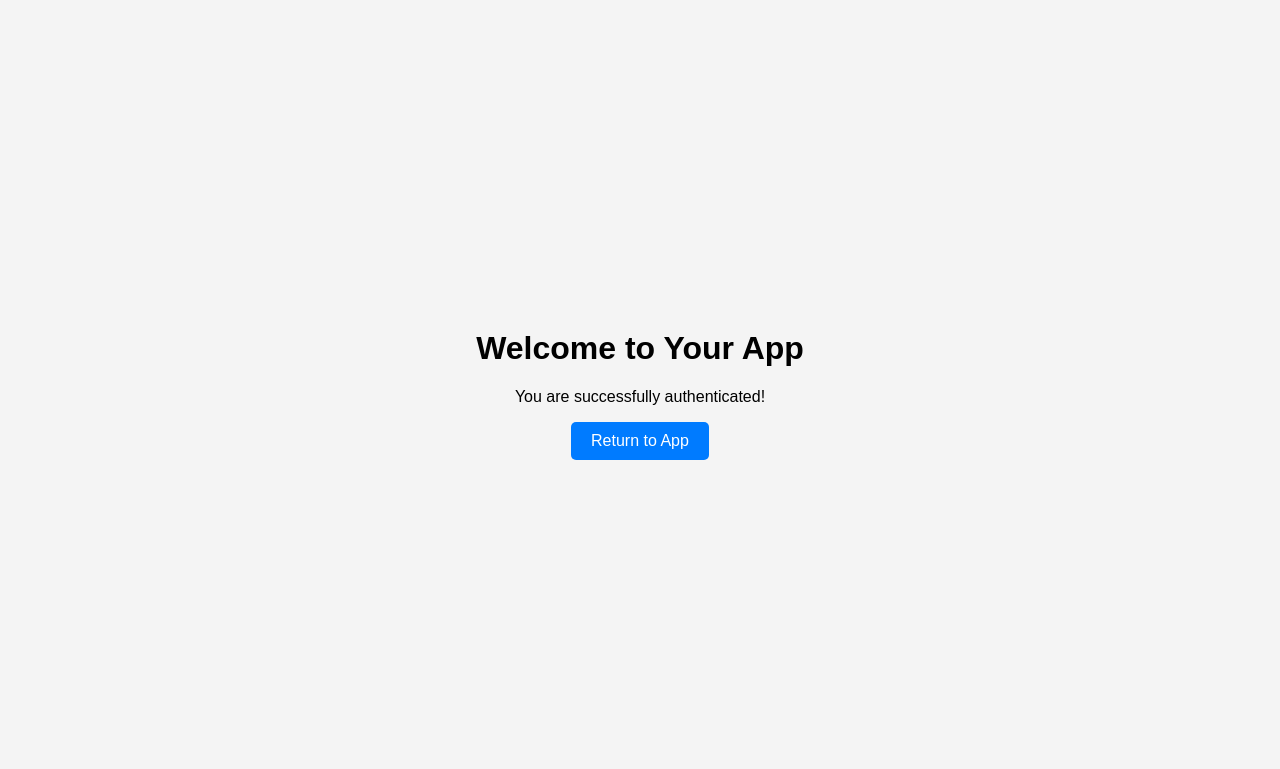
Repository: AlexAvgust/flow
Page: views/index.html
The author's editor kept a copy of each file at every save. The page is drawn from the files as they stood at one save, then again after the next save.
The browser window is 1280 px wide. The pictures show the whole page.

Above is the page before, as saved 2024-02-05 15:34:53.

After the next save:
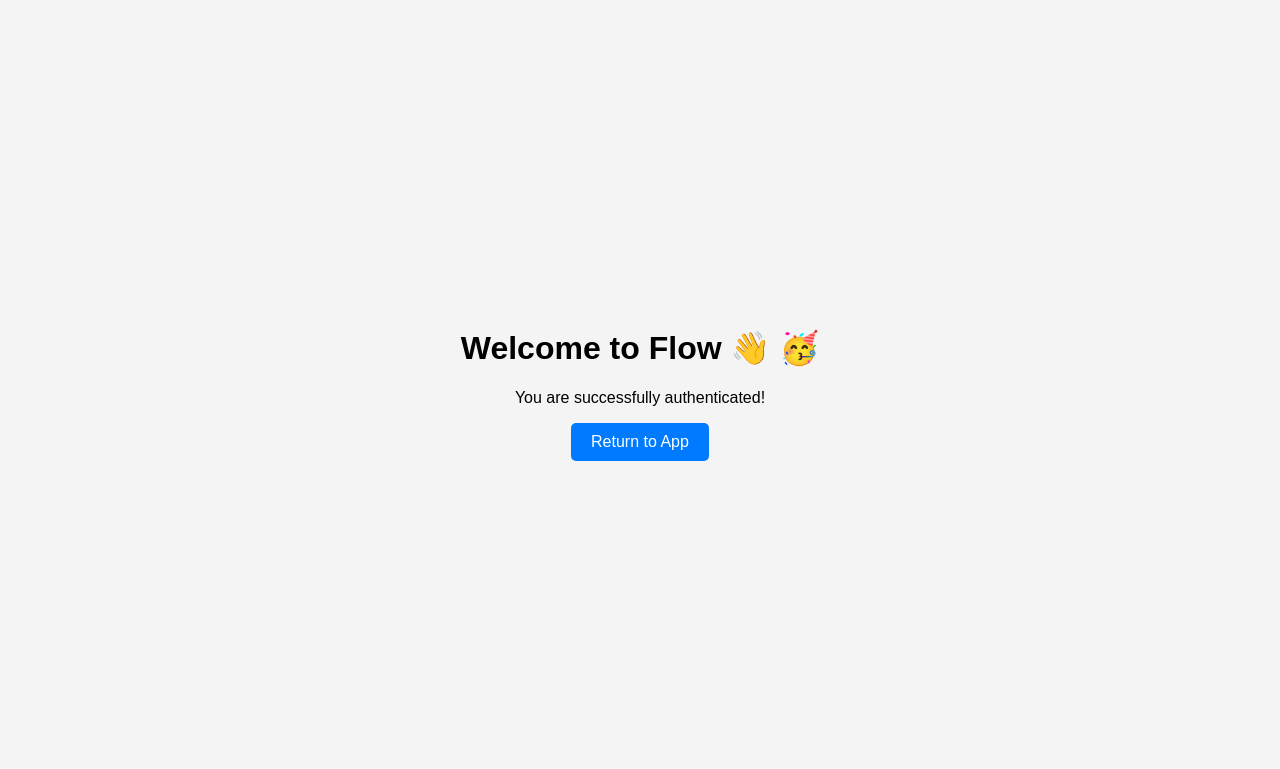
Saved 115 s later.
--- a/views/index.html
+++ b/views/index.html
@@ -41,7 +41,7 @@
 <body>
     <div>
 
-        <h1>Welcome to Your App</h1>
+        <h1>Welcome to Flow 👋 🥳</h1>
         <p>You are successfully authenticated!</p>
         <a href="{{link}}">
             <button>Return to App</button>
